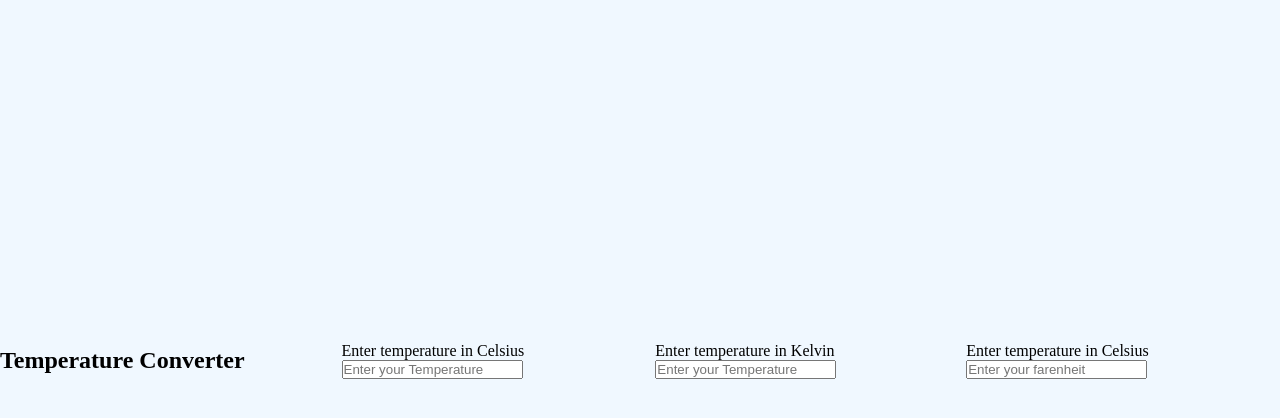
Repository: JunaidAnsari202/Temperature-Converter
Page: index.html
The author's editor kept a copy of each file at every save. The page is drawn from the files as they stood at one save, then again after a run of saves.
The browser window is 1280 px wide. The pictures show the whole page.

Above is the page before, as saved 2024-10-16 11:05:49.
Not found: script,js

### index.html
<!DOCTYPE html>
<html lang="en">
<head>
    <meta charset="UTF-8">
    <meta name="viewport" content="width=device-width, initial-scale=1.0">
    <title>Temperatue converter</title>
    <link rel="stylesheet" href="style.css">
</head>
<body>
  <div class="container">
    <div class="header">
        <h2>Temperature Converter</h2>
    </div>
  </div>
  <div class="input1">
    <label for="input1">  Enter temperature in Celsius </label>
    <input type="number" id="calsius" placeholder="Enter your Temperature">
  </div>
  <div class="input2">
    <label for="input2">  Enter temperature in Kelvin </label>
    <input type="number" id="kelvin" placeholder="Enter your Temperature">
  </div>
  <div class="input3">
    <label for="input3">  Enter temperature in Celsius </label>
    <input type="number" id="farenheit" placeholder="Enter your farenheit">
  </div>
    <script src="script,js"></script>
</body>
</html>

### style.css
*{
    margin: 0;
    padding: 0;
    box-sizing: border-box;
}

body{
    background-color: aliceblue;
    display: flex;
    justify-content: center;
    align-items: center;
    height: 100vh;
}

.container{
    width: 400px;
}

After the next 8 saves:
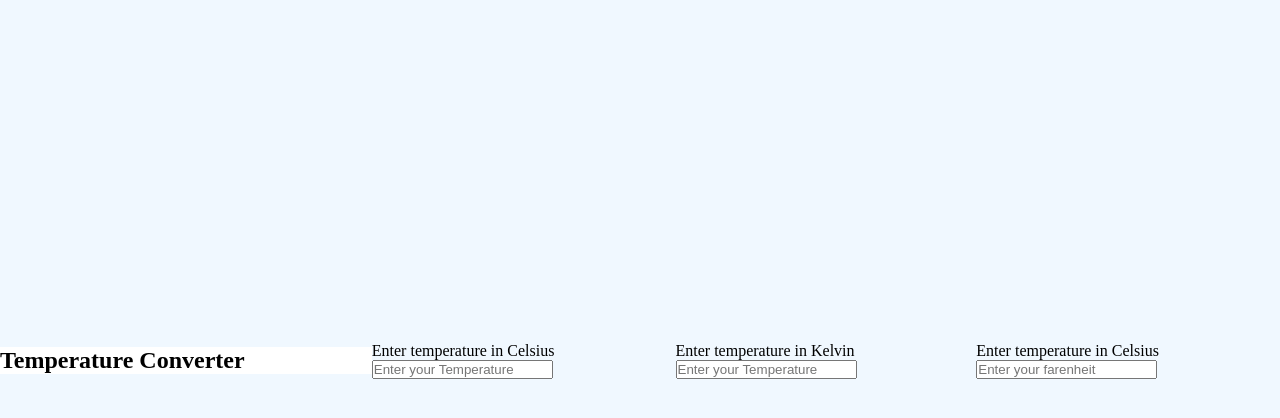
The 8 saves are shown as one change because they came seconds apart.
The last was saved 2 h 13 min later.
--- a/style.css
+++ b/style.css
@@ -13,5 +13,7 @@ body{
 }
 
 .container{
-    width: 400px;
+    width: 450px;
+    background-color: white;
+
 }
